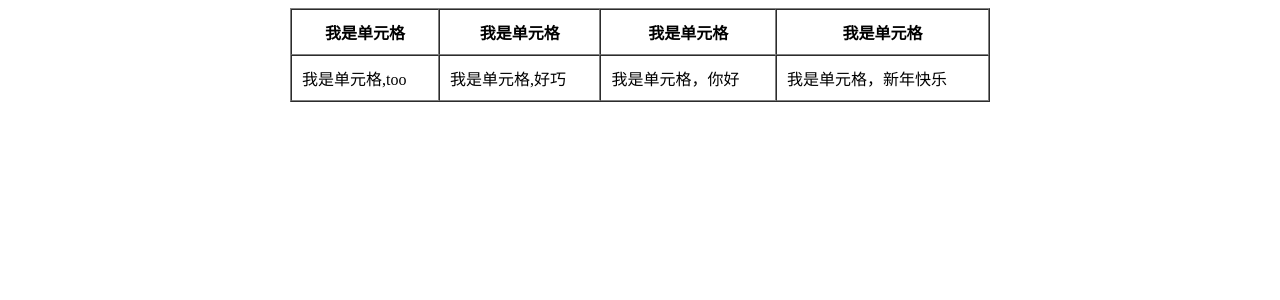
Repository: Qwenicq/My_project
Page: html/HTML_learning/2_html.html
These files come from the project's save history. The page is drawn as it stood at one moment and after the next save; the edit follows.
The browser window is 1280 px wide. The pictures show the whole page.

Above is the page before, as saved 2023-03-28 20:45:22.

### html/HTML_learning/2_html.html
<!DOCTYPE html>
<html lang="zh-CN">
<head>
    <meta charset="UTF-8">
    <meta http-equiv="X-UA-Compatible" content="IE=edge">
    <meta name="viewport" content="width=device-width, initial-scale=1.0">
    <title>Document</title>
</head>
<body>
    <!-- 属性要写在table中 -->
    <table align="center" border="1" cellpadding="10" cellspacing="0" width="700">
        <tr>
            <th>我是单元格</th>
            <!-- 表头单元格 -->
            <th>我是单元格</th>
            <th>我是单元格</th>
            <th>我是单元格</th>
        </tr>
        <tr>
        <!-- 普通单元格 -->
            <td>我是单元格,too</td>
            <td>我是单元格,好巧</td>
            <td>我是单元格，你好</td>
            <td>我是单元格，新年快乐</td>
        </tr>
    </table>
</body>
</html>

After the next save:
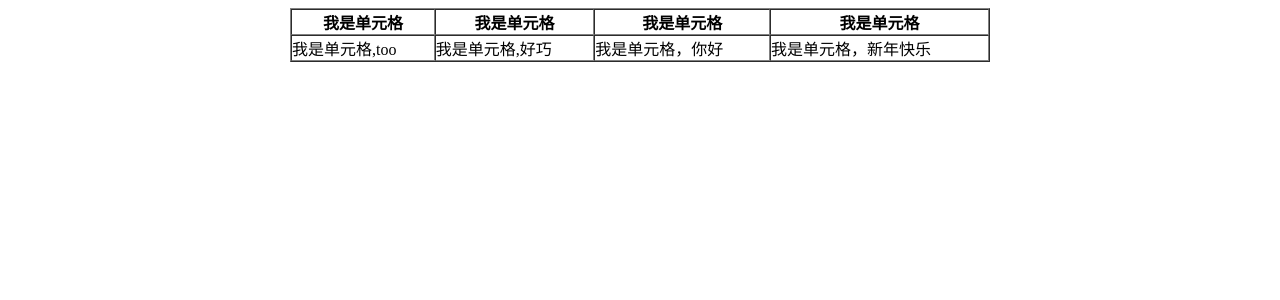
Saved 110 s later.
--- a/html/HTML_learning/2_html.html
+++ b/html/HTML_learning/2_html.html
@@ -8,7 +8,7 @@
 </head>
 <body>
     <!-- 属性要写在table中 -->
-    <table align="center" border="1" cellpadding="10" cellspacing="0" width="700">
+    <table align="center" border="1" cellpadding="0" cellspacing="0" width="700">
         <tr>
             <th>我是单元格</th>
             <!-- 表头单元格 -->
